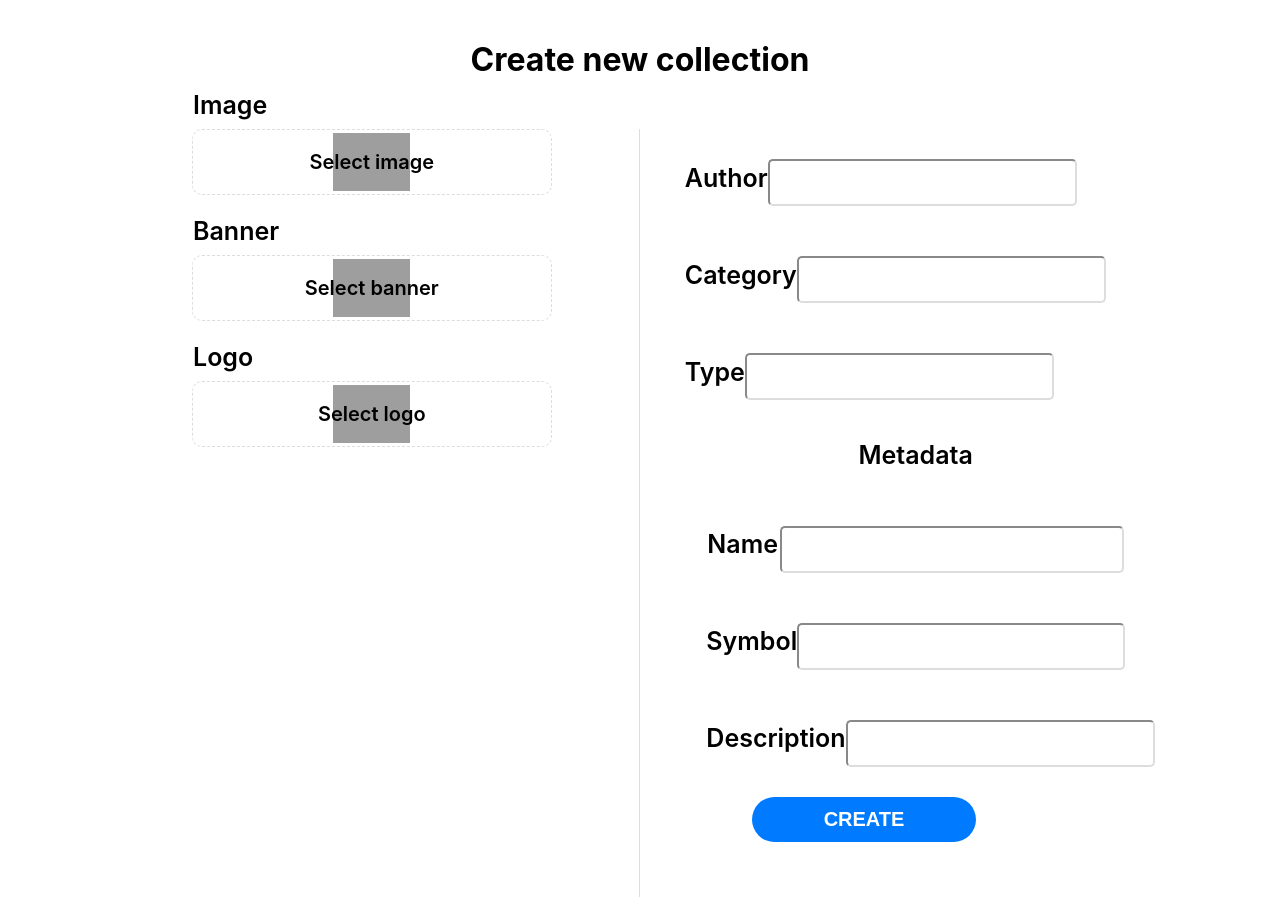
Repository: superHotBob/admin_nftillion
Page: /createcollection
The author's editor kept a copy of each file at every save. The page is drawn from the files as they stood at one save, then again after the next save.
The browser window is 1280 px wide. The pictures show the whole page.
Pictures or frames that could not be fetched are drawn as grey boxes. The project was rebuilt for these pictures with package versions that can differ from the ones it lists, and the page was loaded fresh each time. Also part of the build but not shown: src/components/Login/styles.scss, src/components/Login/index.js, src/components/NavPanel/styles.scss, src/components/NavPanel/index.js, src/components/Users/index.js, src/components/Collections/index.js, src/components/Preminted/styles.scss, src/components/Preminted/index.js.

Above is the page before, as saved 2022-04-27 08:11:51.

### src/index.js
import React from "react";
import ReactDOM from "react-dom/client";
import "./index.css";
import { BrowserRouter } from "react-router-dom";
import "./index.css";
import App from "./App";

import reportWebVitals from "./reportWebVitals";

const root = ReactDOM.createRoot(document.getElementById("root"));
root.render(
  <React.StrictMode>
    <BrowserRouter>
      <App />
    </BrowserRouter>
  </React.StrictMode>
);

// If you want to start measuring performance in your app, pass a function
// to log results (for example: reportWebVitals(console.log))
// or send to an analytics endpoint. Learn more: https://bit.ly/CRA-vitals
reportWebVitals();

### src/App.js
import * as React from "react";
import { Routes, Route } from "react-router-dom";
import { LogIn } from "./components/Login";
import { Users } from "./components/Users";
import './App.css';
import { Collections } from "./components/Collections";
import { Preminted } from "./components/Preminted";
import { Create } from "./components/CreateCollection";

function App() {
  return (
    <div className="App">
    <Routes>
        <Route path="/" element={<LogIn />} />
        <Route path="users" element={<Users />} />
        <Route path="collections" element={<Collections />} />
        <Route path="preminted" element={<Preminted />} />
        <Route path="createcollection" element={<Create />} />
      </Routes>
    </div>
  );
}

export default App;

### src/components/CreateCollection/index.js
import * as React from "react";
import axios from "axios";

import "./styles.scss";

export const Create = () => {
  const [author, setAuthor] = React.useState('');
  const [category, setCategory] = React.useState('');
  const [type, setType] = React.useState('');
  const [nameCollection, setNameCollection] = React.useState('');
  const [symbol, setSymbol] = React.useState('');
  const [description, setDescription] = React.useState('');

  const [imageCollection, selectImageCollection] = React.useState();
  const [bannerCollection, selectBannerCollection] = React.useState();
  const [logoCollection, selectLogoCollection] = React.useState();

  const viewImage = async (event) => {
    let file = event.target.files[0];
    console.log(file);
    const reader = new FileReader();
    reader.onloadend = function () {
      selectImageCollection(reader.result);
    };
    reader.readAsDataURL(file);
  };
  const viewBanner = async (event) => {
    let file = event.target.files[0];
    console.log(file);
    const reader = new FileReader();
    reader.onloadend = function () {
      selectBannerCollection(reader.result);
    };
    reader.readAsDataURL(file);
  };
  const viewLogo = async (event) => {
    let file = event.target.files[0];
    console.log(file);
    const reader = new FileReader();
    reader.onloadend = function () {
      selectLogoCollection(reader.result);
    };
    reader.readAsDataURL(file);
  };
  function CreateCollection() {
    axios
    .post(
      "https://app.nftillion.io/admin/collection/create",
      {
        image: imageCollection,
        logo: logoCollection,
        banner: bannerCollection,
        author: author,
        category: category,
        type: type,
        metadata: {
            name: nameCollection,
            symbol: symbol,
            description: description
        }

      },
      {
        headers: {
          Authorization: `Bearer ${localStorage.getItem("accessToken")}`,
        },
      }
    )
    .then((res) => {
      console.log(res.data);
    });
  }
  return (
    <>
      <h1 className="header">Create new collection</h1>
      <div className="main_block_create">
        <div className="image_block">
          <form>
            <div
              className="image"
              style={{height: imageCollection ? '300px' : 'auto',
                background: `url(${imageCollection}) center / auto 90% no-repeat`,
              }}
            >
              {imageCollection && <img
                src="/icon_close.png"
                alt="close"
                height={25}
                width={25}
                style={{ float: "right", margin: 10, cursor: 'pointer' }}
                onClick={()=>selectImageCollection()}
              />}
              {!imageCollection && (
                <label>
                  Select image
                  <input
                    type="file"
                    style={{ display: "none" }}
                    id="file"
                    name="file"
                    accept="image/png, image/gif, image/webp, image/jpeg, video/mp4,audio/mp3"
                    onChange={(e) => viewImage(e)}
                  />
                </label>
              )}
            </div>
            <div
              className="banner"
              style={{ height: bannerCollection ? '300px' : 'auto',
                background: `url(${bannerCollection}) center / auto 90% no-repeat`,
              }}
            > {bannerCollection && <img
                src="/icon_close.png"
                alt="close"
                height={25}
                width={25}
                style={{ float: "right", margin: 10, cursor: 'pointer' }}
                onClick={()=>selectBannerCollection()}
              />}
              {!bannerCollection && (
                <label>
                  Select banner
                  <input
                    type="file"
                    style={{ display: "none" }}
                    id="file"
                    name="file"
                    accept="image/png, image/gif, image/webp, image/jpeg, video/mp4,audio/mp3"
                    onChange={(e) => viewBanner(e)}
                  />
                </label>
              )}
            </div>
            <div
              className="logo"
              style={{height: logoCollection ? '50px' : 'auto',
                background: `url(${logoCollection}) center / auto 90% no-repeat`,
              }}
            > {logoCollection && <img
                src="/icon_close.png"
                alt="close"
                height={25}
                width={25}
                style={{ float: "right", margin: 10, cursor: 'pointer' }}
                onClick={()=>selectLogoCollection()}
              />}
              {!logoCollection && (
                <label>
                  Select logo
                  <input
                    type="file"
                    style={{ display: "none" }}
                    id="file"
                    name="file"
                    accept="image/png, image/gif, image/webp, image/jpeg, video/mp4,audio/mp3"
                    onChange={(e) => viewLogo(e)}
                  />
                </label>
              )}
            </div>
          </form>
        </div>
        <div className="data_block">
          <label>
            Author
            <input type="text" value={author} onChange={e=>setAuthor(e.target.value)}/>
          </label>
          <label>
            Category
            <input type="text" value={category} onChange={e=>setCategory(e.target.value)}/>
          </label>
          <label>
            Type
            <input type="text"value={type} onChange={e=>setType(e.target.value)}/>
          </label>
          <fieldset>
            <legend>Metadata</legend>
            <label>
              Name
              <input type="text" value={nameCollection} onChange={e=>setNameCollection(e.target.value)}/>
            </label>
            <label>
              Symbol
              <input type="text" value={symbol} onChange={e=>setSymbol(e.target.value)}/>
            </label>
            <label>
              Description
              <input type="text" value={description} onChange={e=>setDescription(e.target.value)}/>
            </label>
          </fieldset>

          <button onClick={CreateCollection}>CREATE</button>
        </div>
      </div>
    </>
  );
};

### src/components/Users/styles.scss
.header {
  color: #000;
  padding: 20px 50px;
  margin: 0;
  border-bottom: 1px solid black;
  text-align: center;
  b {
    float: right;
    font-size: 16px;
    margin-top: 15px;
  }
}
header,
.data {
  display: flex;
  justify-content: space-around;
  font-size: 20px;
  span,
  label {
    width: 15%;
    display: inline-block;
  }
}
header {
  border-bottom: 1px solid black;
  font-size: 25px;
  font-weight: 600;
  padding: 20px 0;
}
.block_view {
  position: fixed;
  top: 20vh;
  padding: 20px;
  right: 40vw;
  width: 20vw;
  height: auto;
  transition: all 0.5s;
  background-color: #fff;
  box-shadow: 0 0px 8px 0px rgba(34, 60, 80, 0.2);
}
.block_hide {
  position: fixed;
  top: 20vh;
  transition: all 0.5s;
  right: 40vw;
  opacity: 0;
  overflow: hidden;
  width: 20vw;
  height: auto;
  background-color: #fff;
  box-shadow: 0 0px 8px 0px rgba(34, 60, 80, 0.2);
}
button {
  height: 45px;
  width: 65%;
  font-size: 20px;
  border-radius: 30px;
  cursor: pointer;
  font-weight: 600;
  color: #fff;
  border: none;
  outline: none;
}
button:first-of-type {
  background-color: red;
  width: 30%;
}
button:last-of-type {
  background-color: #007bff;
}
button:hover {
  opacity: 0.7;
  border-color: rgba(200, 255, 255, 1);
}
.block_button {
  display: flex;
  margin-top: 30px;
  justify-content: space-around;
}
.data_edit {
  span {
    display: block;
    font-size: 20px;
    margin: 20px;
  }
}
.header_edit {
  padding-bottom: 30px;
  font-size: 25px;
  border-bottom: 1px solid #000;
}

input[type="checkbox"] {
  width: 25px;
  height: 25px;
  margin: 0 20px;
}
textarea {
  width: 90%;
  padding: 10px 20px;
  outline: none;
  font-size: 20px;
  display: block;
}

b {
  font-size: 30px;
  margin: 0 10px 30px;
  display: block;
}

### src/components/Collections/styles.scss
.data {
    padding: 20px 0;
    margin: 0;
}
.data:hover {
    background-color: #c9c9c9;
    cursor: pointer;
}
.right_block_view {
    position: fixed;
    top: 0;
    padding: 20px;
    right: 0;
    width: 400px;
    height: 100vw;
    transition: all 0.5s;
    background-color: #fff;
    box-shadow: -7px 0px 8px 0px rgba(34, 60, 80, 0.2);
}
.right_block_hide {
    position: fixed;
    top: 0;
    transition: all 0.5s;
    right: -401px;
    width: 400px;
    height: 100vw;
    background-color: #fff;
    box-shadow: -7px 0px 8px 0px rgba(34, 60, 80, 0.2);
}
button {
    height: 45px;
    width: 65%;
    font-size: 20px;
    border-radius: 30px;
    cursor: pointer;
    font-weight: 600;
    color: #fff;
    border: none;
    outline: none;

}
button:first-of-type {
    background-color: red;
    width: 30%;
}
button:last-of-type {
    background-color: #007bff;
}
button:hover {
    opacity: 0.7;
    border-color: #f9f9ff;

}
.block_button {
    display: flex;
    margin-top: 30px;
    justify-content: space-around;
}
.data_edit {
    span {
        display: block;
        font-size: 18px;
        margin: 20px 0;
    }
}
.header_edit {
    padding-bottom:  30px;
    font-size: 25px;
    border-bottom: 1px solid #000;
}

input[type='checkbox'] {
    width: 25px;
    height: 25px;
    margin: 0 20px;
}

### src/components/CreateCollection/styles.scss
.main_block_create {
    display: flex;
    justify-content: space-between;
    width: 70vw;
    margin: 0 auto;

    .image_block {
        width: 50%;
        height: 60vh;
        .image {
            width: 80%;
            height: auto;
            border-radius: 10px;
            margin-bottom: 60px;
            border: 1px dashed #ddd;
            position: relative;
        }
        .image::before {
            content: 'Image';
            position: absolute;
            top: -40px;
            left: 0;
            font-size: 25px;
            font-weight: 600;

        }
        .logo {
            width: 80%;
            border-radius: 10px;
            margin-bottom: 60px;
            border: 1px dashed #ddd;
            position: relative;
        }
        .logo::before {
            content: 'Logo';
            position: absolute;
            top: -40px;
            left: 0;
            font-size: 25px;
            font-weight: 600;

        }
        .banner {
            width: 80%;
            height: 50vh;
            margin-bottom: 60px;
            border: 1px dashed #ddd;
            position: relative;
            border-radius: 10px;
        }
        .banner::before {
            content: 'Banner';
            position: absolute;
            top: -40px;
            left: 0;
            font-size: 25px;
            font-weight: 600;

        }
        label {
            font-size: 20px;
            font-weight: 600;
            margin: 20px auto;
            width: 40%;
            display: block;
           cursor: pointer;
        }
    }
    .data_block {
        width: 50%;
        height: 60vw;
        border-left: 1px solid #ddd;
        label, legend {
            display: flex;
            justify-content: space-around;
            font-size: 25px;
            margin: 0 auto;
            padding: 20px;
            width: 80%;
            align-items: center;
            text-align: left;
            font-weight: 600;
            input {
                display: block;
                border-radius: 5px;
                padding: 10px 20px;
                border-color: #ddd;
                width: 300px;
                font-size: 20px;
                margin: 10px 0 0;
                outline: none;
            }
        }
        button {
            width: 50%;
        }
        fieldset {
            border: none;
        }
    }
}
.header {
    margin: 20px 0 30px;
    border: none;
}

Loaded but not shown: public/index.html (common file); src/index.css (common file); src/reportWebVitals.js (common file); src/App.css (common file)

After the next save:
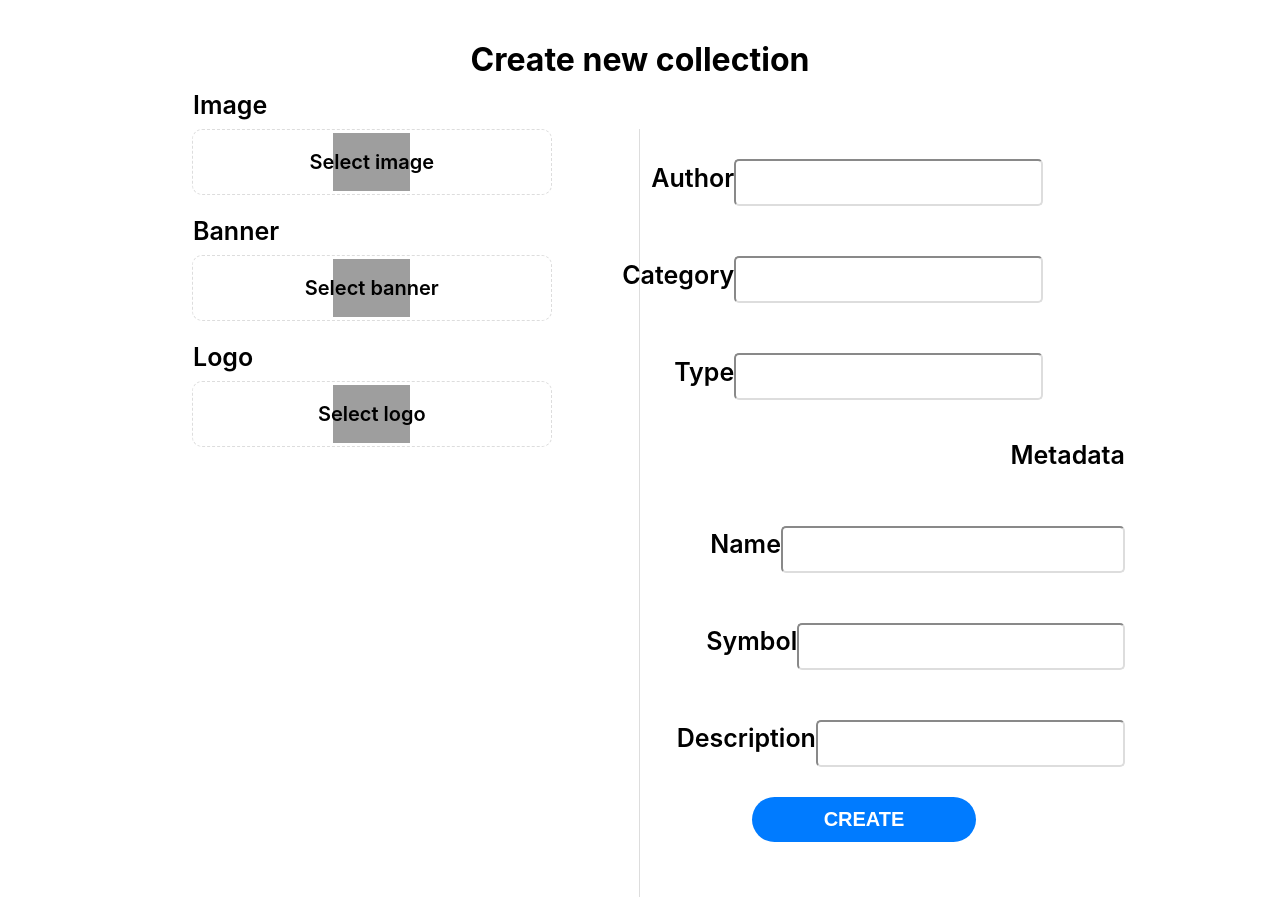
Saved 75 s later.
--- a/src/components/CreateCollection/styles.scss
+++ b/src/components/CreateCollection/styles.scss
@@ -72,7 +72,7 @@
         border-left: 1px solid #ddd;
         label, legend {
             display: flex;
-            justify-content: space-around;
+            justify-content: right;
             font-size: 25px;
             margin: 0 auto;
             padding: 20px;
